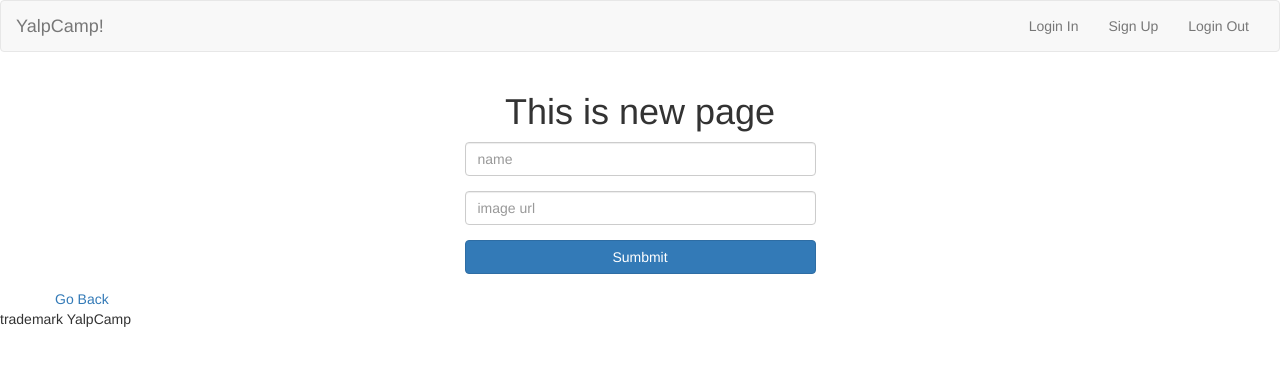
Repository: yli166/the-web-developer-bootcamp
Page: http://localhost/campgrounds/new
The author's editor kept a record of every edit. The page is drawn from the files as they stood at one moment, then again after the next edit.
The browser window is 1280 px wide. The pictures show the whole page.
The page is served by the project's Node server (yalpcamp/v1/app.js).

Above is the page before.

After the next edit:
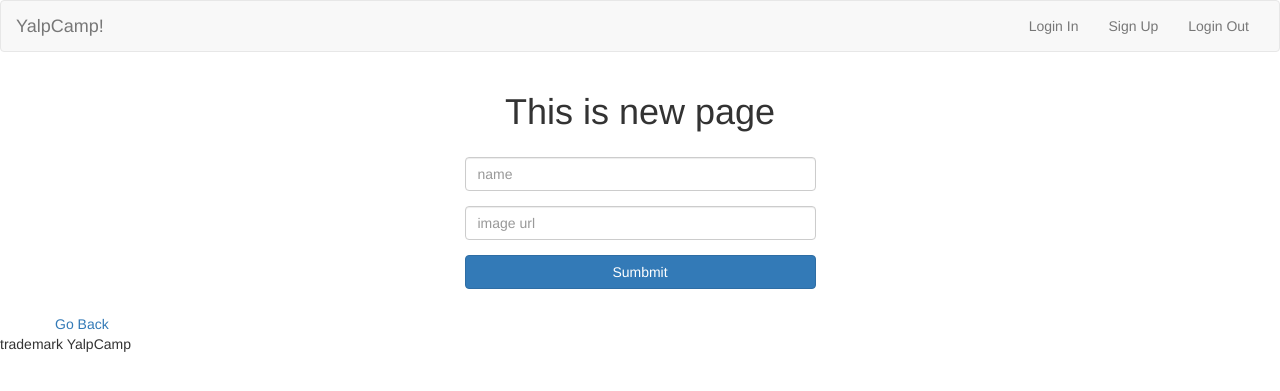
The edit:
--- a/nodejs/workspace/yalpcamp/v1/views/new.ejs
+++ b/nodejs/workspace/yalpcamp/v1/views/new.ejs
@@ -2,7 +2,7 @@
 <div class='container'>
     <div class='row'>
         <h1 style='text-align:center'> This is new page</h1>
-        <div style="width:30%; margin:0 auto;">
+        <div style="width:30%; margin:25px auto;">
         <form action= '/campgrounds' method= 'POST'>
             <div class='form-group'>
             <input class='form-control' type='text' name= 'name' placeholder='name'>
